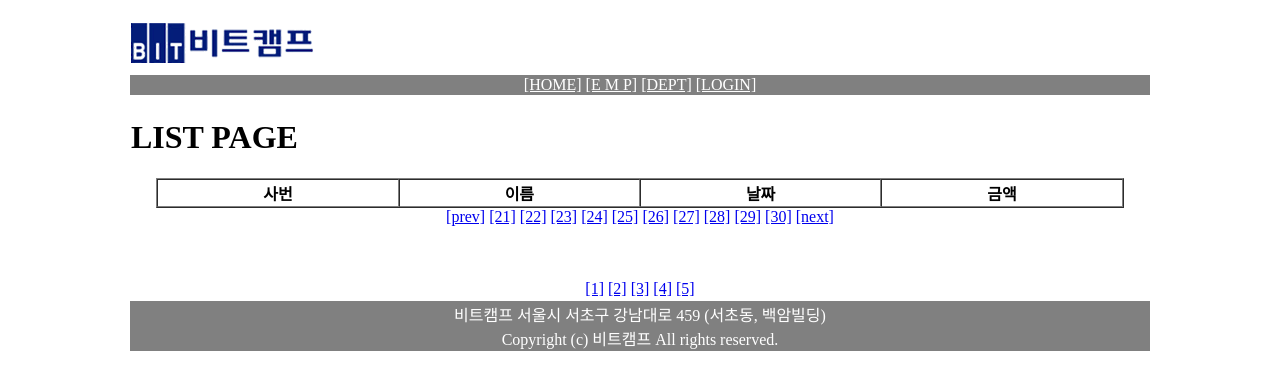
Repository: kwakjaeyeon/webWorkspace
Page: http://localhost/web05/emp/list.jsp?page=11
These files come from the project's save history. The page is drawn as it stood at one moment and after the next save; the edit follows.
The browser window is 1280 px wide. The pictures show the whole page.
The page is served by Tomcat 9. Queries for data that is not in the repository find no rows.

Above is the page before, as saved 2020-07-03 04:09:56.

### web05/WebContent/emp/list.jsp
<%@ page language="java" contentType="text/html; charset=EUC-KR"
    pageEncoding="EUC-KR" import="java.sql.*"%>
<!DOCTYPE html PUBLIC "-//W3C//DTD HTML 4.01 Transitional//EN" "http://www.w3.org/TR/html4/loose.dtd">
<html>
<head>
<meta http-equiv="Content-Type" content="text/html; charset=EUC-KR">
<title>Insert title here</title>
</head>
<body>
<%@ include file = "../template/header.jspf" %>
<%@ include file = "../template/menu.jspf" %>
	<h1>LIST PAGE</h1>
	<table width = "95%" border = "1" cellspacing = "0" align = "center">
		<tr>
			<th>사번</th>
			<th>이름</th>
			<th>날짜</th>
			<th>금액</th>
		</tr>
		<%
		int tot = 400; // select count(*) from emp01;
		int p = 1; // page
		String param = request.getParameter("page");
		if(param != null) p = Integer.parseInt(param);

		int startNum = 1 + (p-1) * 10; // ,11, 21, 31
		int endNum = 10 + (p-1) * 10; // ,20, 30, 40
		String sql = "select * from (select rownum as rn, sabun, name, nalja, pay from ";
		sql += "(select * from emp01 order by sabun desc)) where rn between ";
		sql += startNum + " and " + endNum;
		System.out.println(sql);

		String driver="oracle.jdbc.driver.OracleDriver";
		String url="jdbc:oracle:thin:@localhost:1521:xe";
		String user="scott";
		String password="tiger";

		Class.forName(driver);
		Connection conn = null;
		Statement stmt = null;
		ResultSet rs = null;
		try {
			conn = DriverManager.getConnection(url, user, password);
			stmt = conn.createStatement();
			rs = stmt.executeQuery("select count(*) from emp01");
			if(rs.next()) rs.getInt(1);
			stmt.close();
			rs.close();
			stmt = conn.createStatement();
			rs = stmt.executeQuery(sql);
			while(rs.next()) {
		%>
		<tr>
			<td><a href = "#"><%=rs.getInt("sabun") %></a></td>
			<td><a href = "#"><%=rs.getString("name") %></a></td>
			<td><a href = "#"><%=rs.getDate("nalja") %></a></td>
			<td><a href = "#"><%=rs.getInt("pay") %></a></td>
		</tr>
		<%
			}
		} finally {
			if(rs != null) rs.close();
			if(stmt != null) stmt.close();
			if(conn != null) conn.close();
		}

		%>
	</table>
	<center>
	<!--  -->
	<%
	int lang = 10;
	int limit = (tot-1)/10+1;
	int start = ((p-1)/10+1)*10;
	int end = start+10;
	if(end>limit) end = limit;
	if(p >= lang+1) {
		out.print("<a href = list.jsp?page=" + (start-11) + ">[prev]</a>");
	}
	for(int i=start; i<end; i++) {
	%>
	<a href = "list.jsp?page=<%=i+1%>">[<%=i+1%>]</a>
	<%
	}
	if(end<limit) {
	out.print("<a href = list.jsp?page=" + (end) + ">[next]</a>");
	}
	%>

	<br>	<br>	<br>	<br>
		<a href = "list.jsp?page=1">[1]</a>
		<a href = "list.jsp?page=2">[2]</a>
		<a href = "list.jsp?page=3">[3]</a>
		<a href = "list.jsp?page=4">[4]</a>
		<a href = "list.jsp?page=5">[5]</a>
	</center>


<%@ include file = "../template/footer.jspf" %>

</body>
</html>

### web05/WebContent/template/header.jspf
<%@ page language="java" contentType="text/html; charset=EUC-KR"
    pageEncoding="EUC-KR"%>

<table width = "1024" align = "CENTER" bgcolor="white">
	<tr>
		<td>
		<a href = "/web05/index.jsp" ><img src = "/web05/img/logo.png"></a>
		</td>
	</tr>

### web05/WebContent/template/menu.jspf
<%@ page language="java" contentType="text/html; charset=EUC-KR"
    pageEncoding="EUC-KR"%>

	<tr>
		<td align="center" bgcolor="gray">
			<a href = "/web05/index.jsp" style = "color:white;">[HOME]</a>
			<a href = "/web05/emp/list.jsp" style = "color:white;">[E M P]</a>
			<a href = "/web05/dept/list.jsp" style = "color:white;">[DEPT]</a>
			<a href = "/web05/login/form.jsp" style = "color:white;">[LOGIN]</a>
		</td>
	</tr>
	<tr>
		<td>
			<!-- content start -->

### web05/WebContent/template/footer.jspf
<%@ page language="java" contentType="text/html; charset=EUC-KR"
    pageEncoding="EUC-KR"%>
<!-- content end -->
		</td>
	</tr>
	<tr>
		<td bgcolor="gray"  align = "CENTER">
			<font color = "white">
			비트캠프 서울시 서초구 강남대로 459 (서초동, 백암빌딩)<br>
			Copyright (c) 비트캠프 All rights reserved.
			</font>
		</td>
	</tr>




</table>

After the next save:
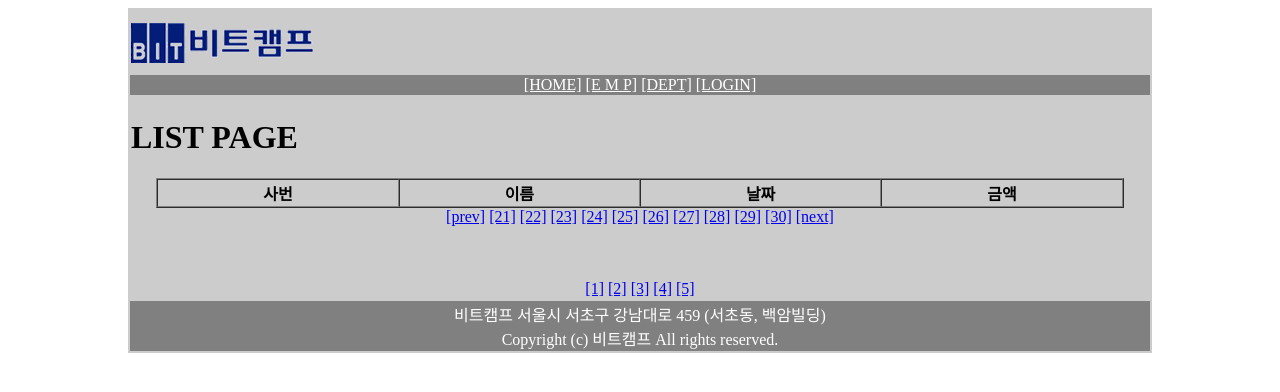
Saved 90 s later.
--- a/web05/WebContent/template/header.jspf
+++ b/web05/WebContent/template/header.jspf
@@ -1,7 +1,7 @@
 <%@ page language="java" contentType="text/html; charset=EUC-KR"
     pageEncoding="EUC-KR"%>
 
-<table width = "1024" align = "CENTER" bgcolor="white">
+<table width = "1024" align = "CENTER" bgcolor="#cccccc">
 	<tr>
 		<td>
 		<a href = "/web05/index.jsp" ><img src = "/web05/img/logo.png"></a>
